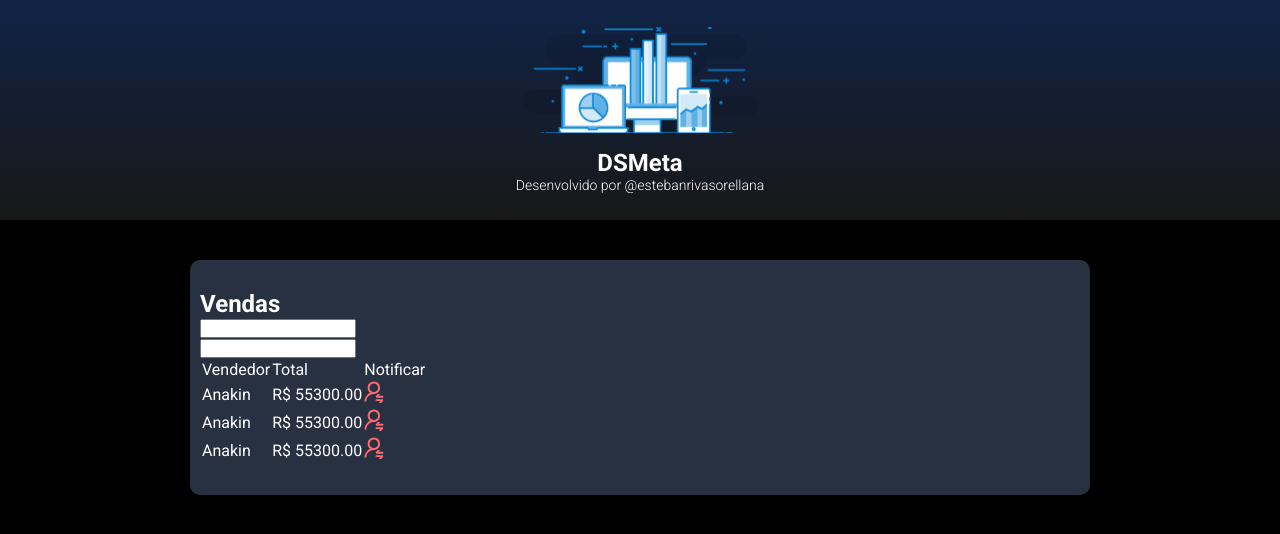
Repository: estebanrivas/dsmeta-css
Page: index.html
An editor plug-in stored every save of this project. The page is shown before and after a run of saves, followed by the edit.
The browser window is 1280 px wide. The pictures show the whole page.

Above is the page before, as saved 2022-09-08 21:43:36.

After the next 4 saves:
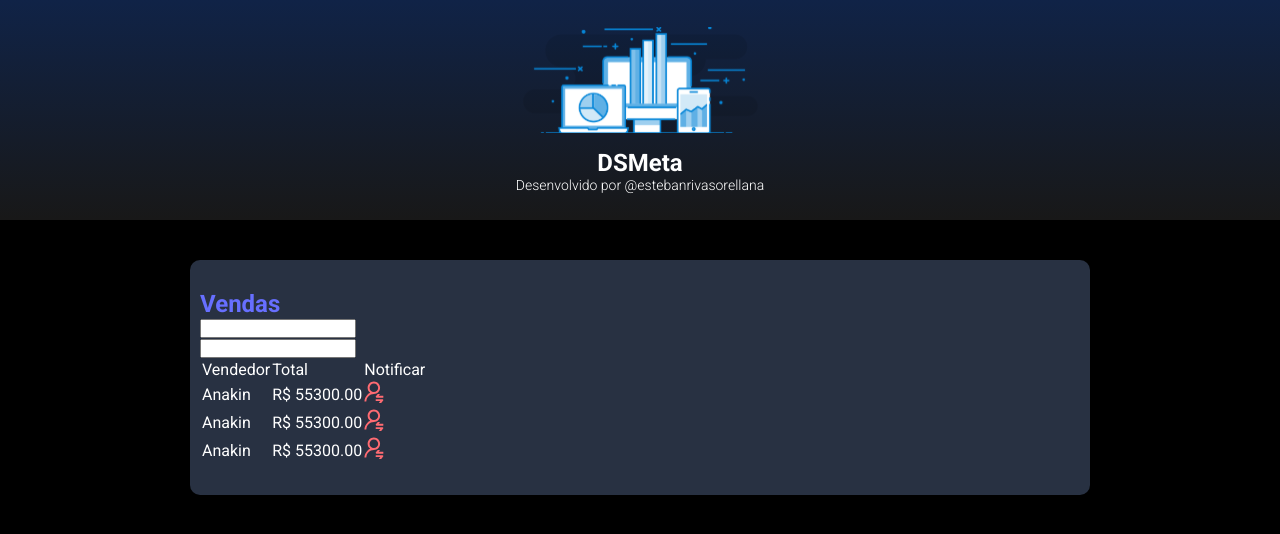
The 4 saves are shown as one change because they came seconds apart.
The last was saved 14 s later.
--- a/css/styles.css
+++ b/css/styles.css
@@ -65,4 +65,7 @@ header {
   padding: 30px 10px;
 }
 
-.dsmeta-
+.dsmeta-sales-title{
+    color: #676FFF
+    ;
+}
